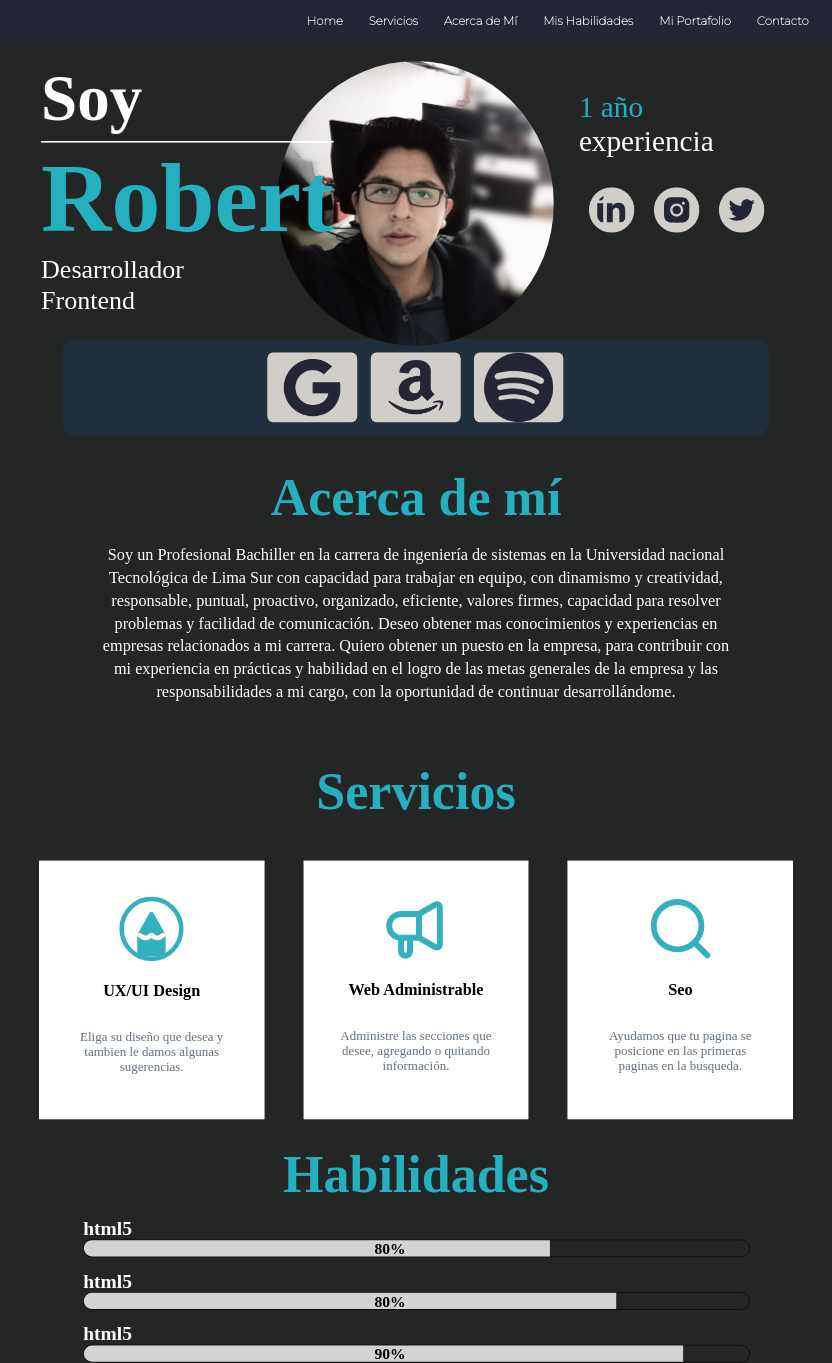
Repository: RobertAries28/PortafolioRobertEscalanteGomez2022
Page: index.html
An editor plug-in stored every save of this project. The page is shown before and after the next save, followed by the edit.
The browser window is 1280 px wide. The pictures show the whole page, at 65% of full size.

Above is the page before, as saved 2022-02-15 19:04:59.

After the next save:
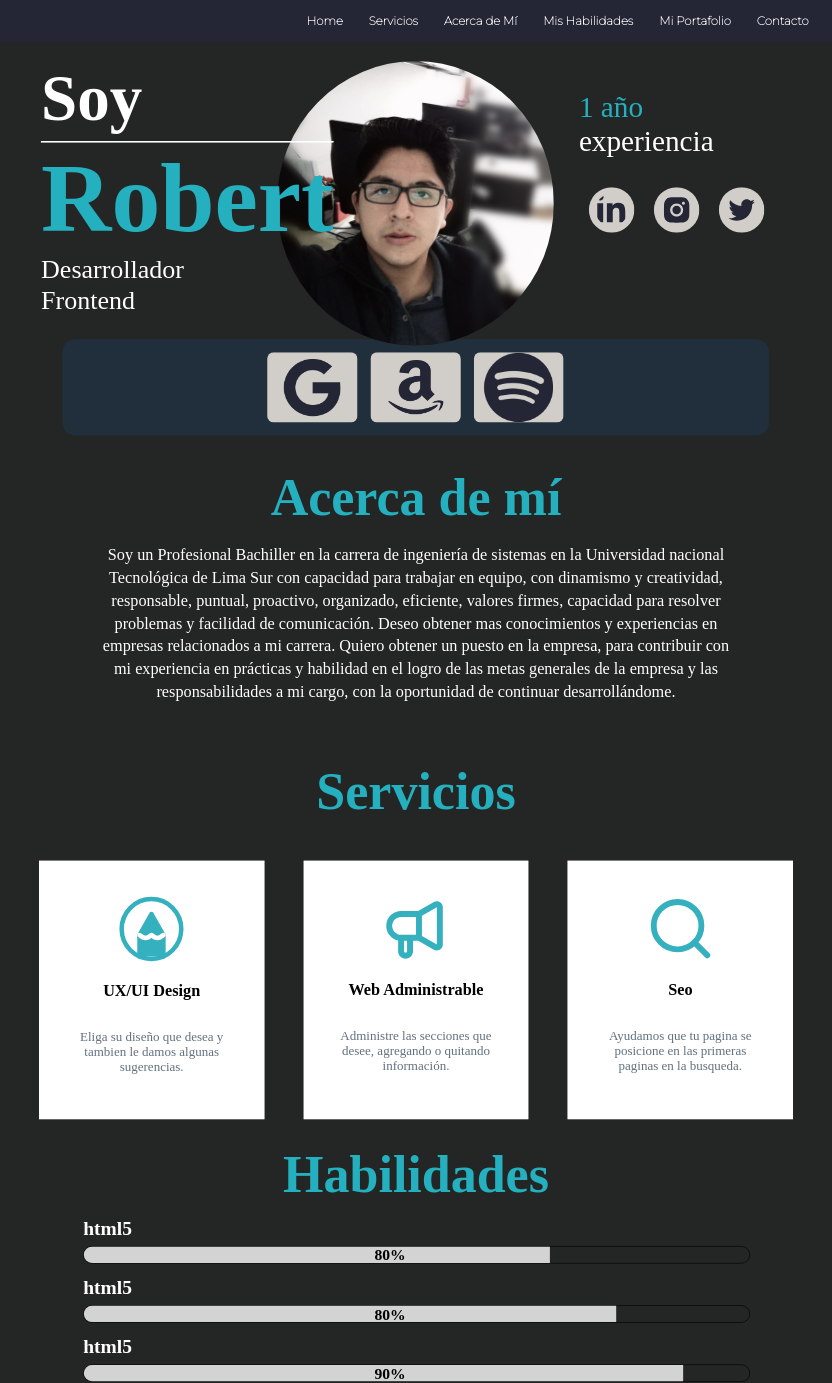
Saved 17 s later.
--- a/estilos.css
+++ b/estilos.css
@@ -260,7 +260,7 @@
     font-size: 30px;
     color: white;
     margin-top: 20px;
-    margin-bottom: 0;
+    margin-bottom: 10px;
 }
 
 .caja{
